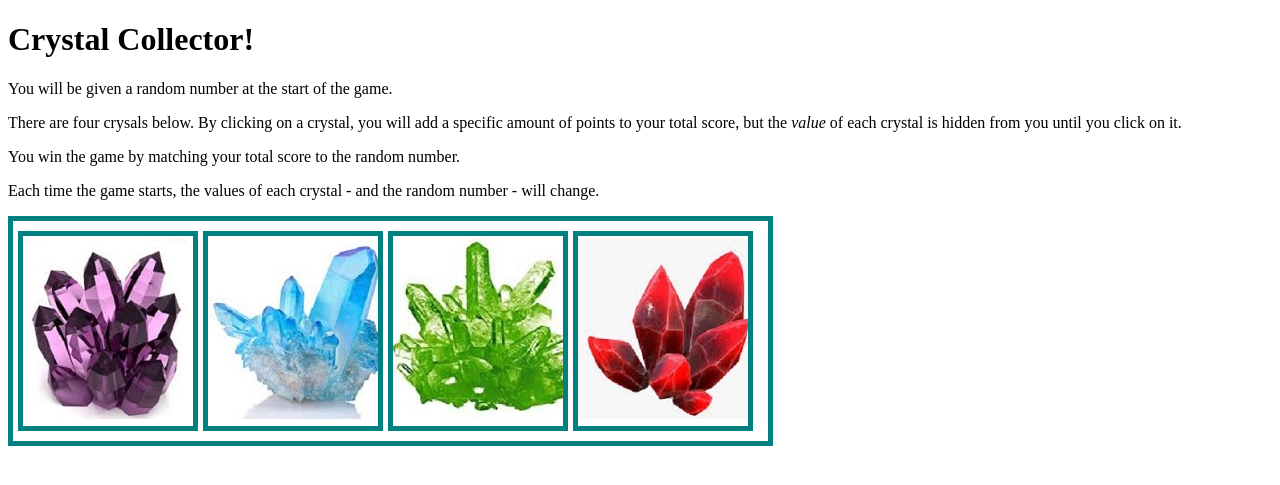
Repository: dsaftler/unit-4-game
Page: index.html
The author's editor kept a copy of each file at every save. The page is drawn from the files as they stood at one save, then again after the next save.
The browser window is 1280 px wide. The pictures show the whole page.

Above is the page before, as saved 2019-04-01 19:07:21.

### index.html
<!DOCTYPE html>
<html lang="en">
<head>
  <meta charset="UTF-8">
  <meta name="viewport" content="width=device-width, initial-scale=1.0">
  <meta http-equiv="X-UA-Compatible" content="ie=edge">
  <link rel="stylesheet" href="assets/css/reset.css">
  <link rel="stylesheet" href="assets/css/style.css">
  <script src="https://ajax.googleapis.com/ajax/libs/jquery/3.3.1/jquery.min.js"></script>


  <title>Puzzle Crystal Collector</title>
</head>
<body>
<h1>Crystal Collector!</h1>
<p>You will be given a random number at the start of the game.</p>
<p>There are four crysals below.  By clicking on a crystal, you will add a specific amount of points to your total score, but the <em>value</em> of each crystal is hidden from you until you click on it.</p>
<p>You win the game by matching your total score to the random number.</p>
<p>Each time the game starts, the values of each crystal - and the random number - will change.</p>

<div class="crystal-set">
  <div class="crystal clearfix" id="crystal_1"><img src="assets/images/crystal_1.jpg"></div>
  <div class="crystal clearfix" id="crystal_2"><img src="assets/images/crystal_2.jpg"></div>
  <div class="crystal clearfix" id="crystal_3"><img src="assets/images/crystal_3.jpg"></div>
  <div class="crystal clearfix" id="crystal_4"><img src="assets/images/crystal_4.jpg"></div>
</div>


</body>
</html>

### assets/css/style.css
* {
  box-sizing: border-box;
}
.body {
background-image: url("assets/images/congruent_pentagon.png")
}
.container{
  background-color: "green"

}
.crystal-set{
  background-color: #ffffff;
  height: 230px;
  width: 765px;
  border:5px solid teal;
  padding: 5px;
}
.crystal{
  display: block;
  align-content: center;
  float: left;
  height: 200px;
  width: 180px;
  margin-right: 5px;
  margin-top: 5px;

  border: teal 5px solid;


}
.clearfix {
  overflow: hidden;
}

Loaded but not shown: assets/css/reset.css (no stored copy; drawn as an empty file)

After the next save:
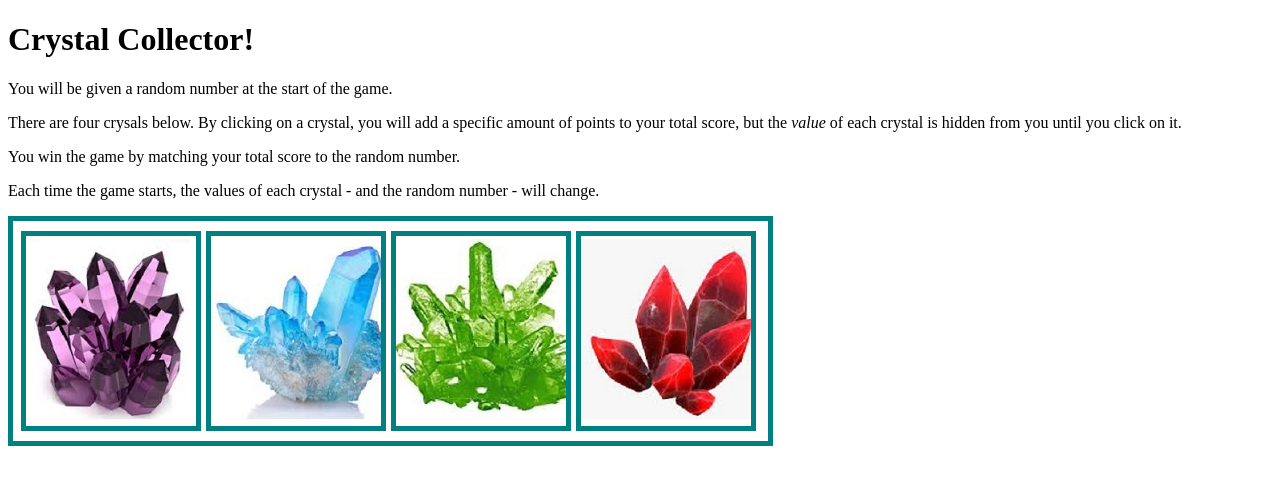
Saved 67 s later.
--- a/assets/css/style.css
+++ b/assets/css/style.css
@@ -14,6 +14,7 @@ background-image: url("assets/images/congruent_pentagon.png")
   width: 765px;
   border:5px solid teal;
   padding: 5px;
+  padding-left:8px;
 }
 .crystal{
   display: block;
